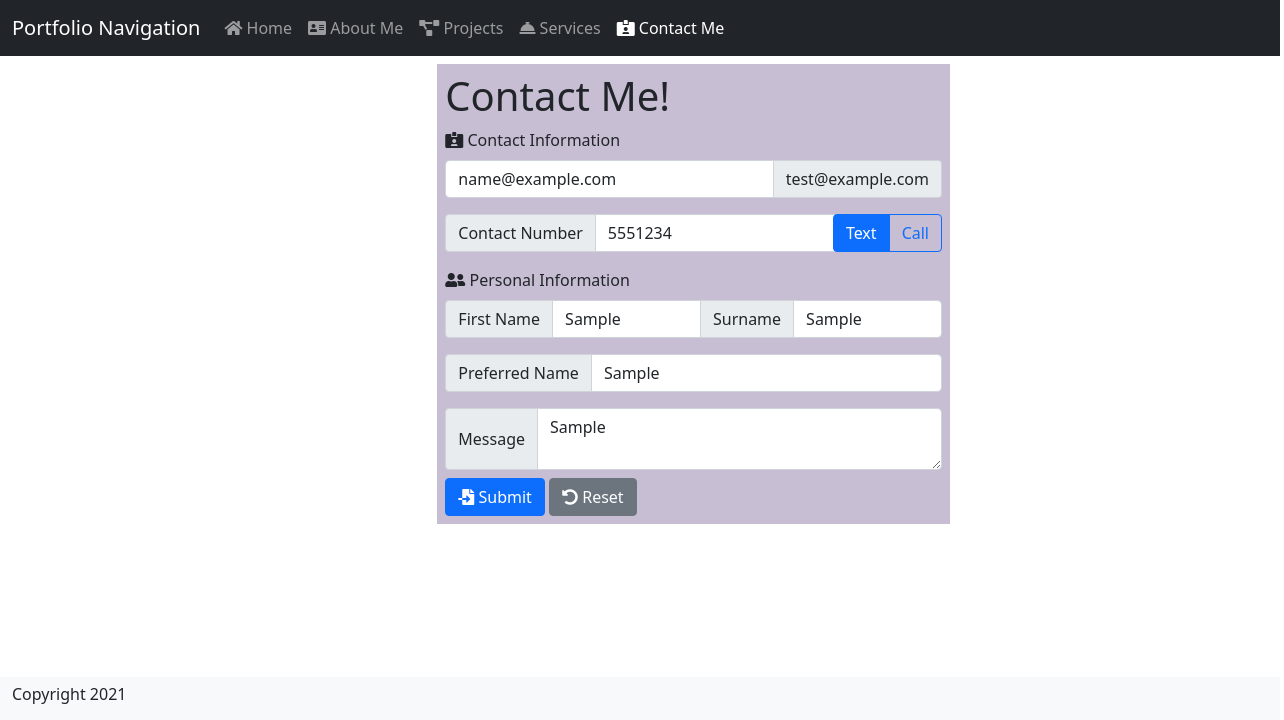
Repository: GarlicButterBoy/Portfolio
Page: contact.html
The author's editor kept a copy of each file at every save. The page is drawn from the files as they stood at one save, then again after a run of saves.
The browser window is 1280 px wide. The page is 1284 px wide, so the pictures cover 1284 px, including what lies to the right of the window. The pictures show the whole page.
Empty fields were first filled with sample values (such as "Sample", 5 or name@example.com).
After loading, the first visible `#emailAddress` was changed once.

Above is the page before, as saved 2021-06-14 11:55:53.

After the next 4 saves:
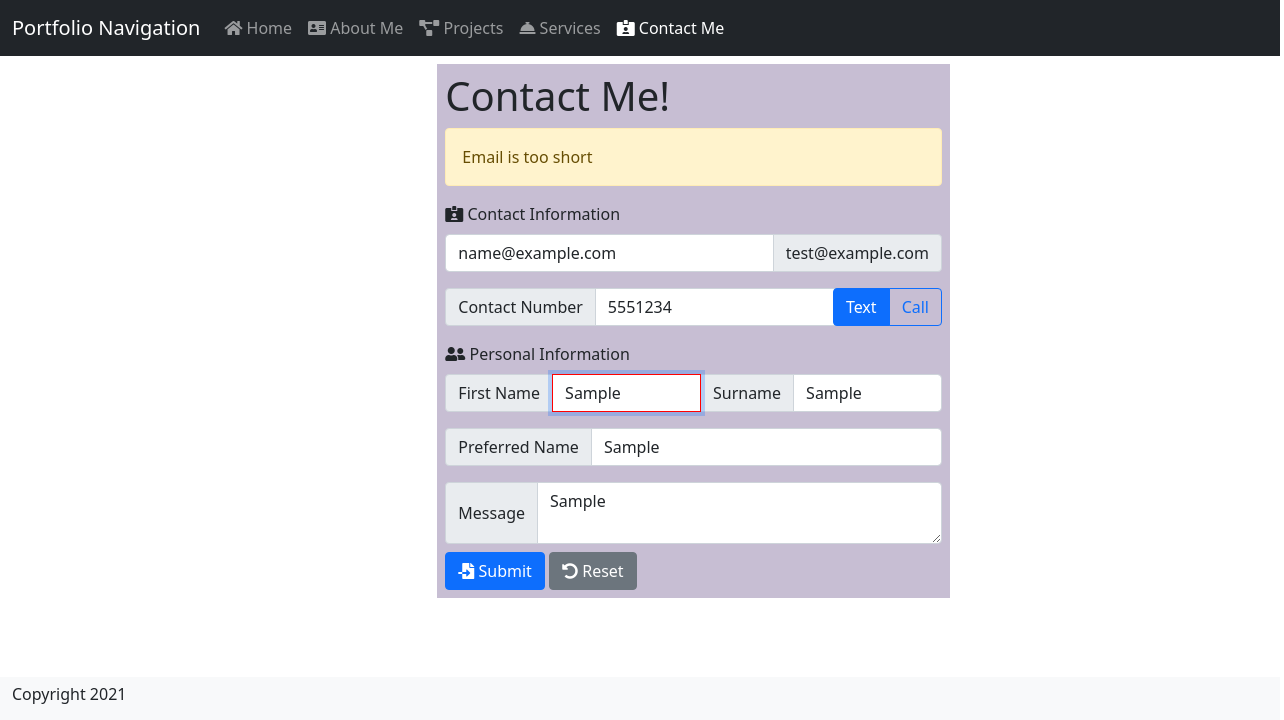
The 4 saves are shown as one change because they came seconds apart.
The last was saved 39 s later.
--- a/Scripts/app.js
+++ b/Scripts/app.js
@@ -103,7 +103,7 @@
         $("#errorMessage").hide();
 
         $("#emailAddress").on("change", (e) => {
-            if(($("#emailAddress").val().length < 8) || ($("#emailAddress").val() < 8))
+            if(($("#emailAddress").val().length < 8) || ($("#emailAddress").val().includes("@")))
             {
                 $("#errorMessage")[0].textContent = "Email is too short";
                 $("#errorMessage").show();

After the save that followed:
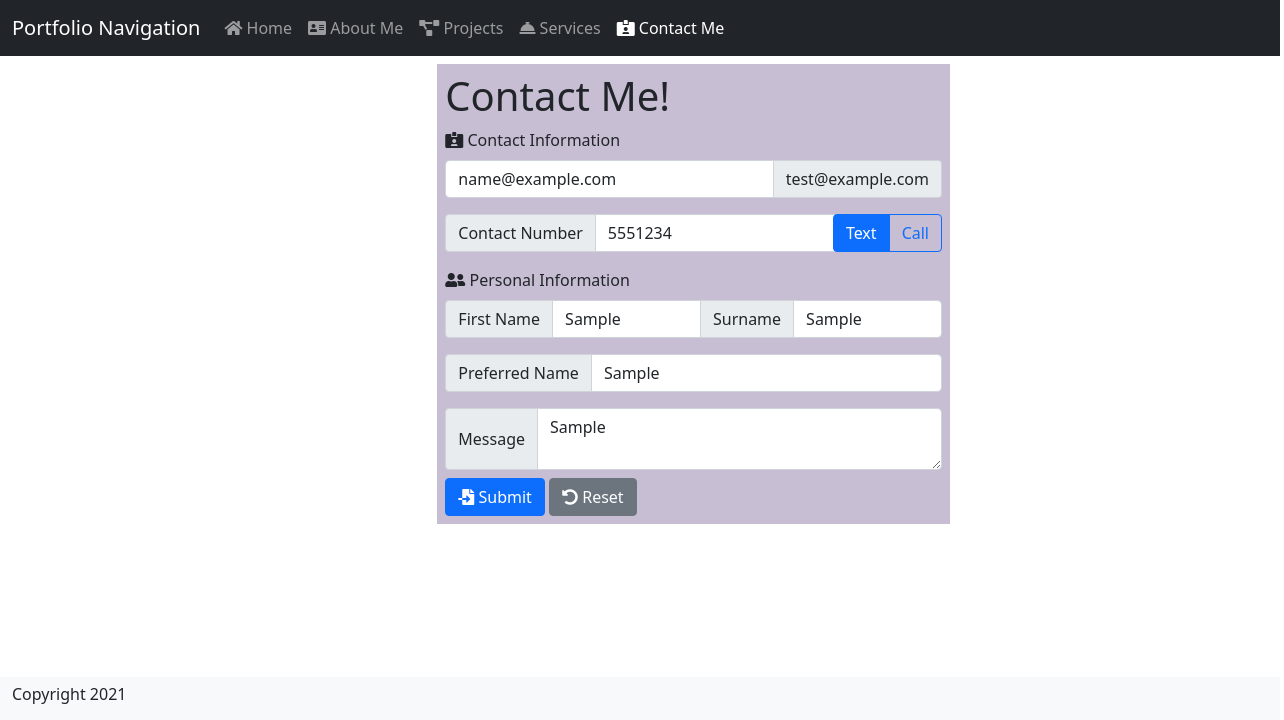
Saved 5 s later.
--- a/Scripts/app.js
+++ b/Scripts/app.js
@@ -103,7 +103,7 @@
         $("#errorMessage").hide();
 
         $("#emailAddress").on("change", (e) => {
-            if(($("#emailAddress").val().length < 8) || ($("#emailAddress").val().includes("@")))
+            if(($("#emailAddress").val().length < 8) || (!$("#emailAddress").val().includes("@")))
             {
                 $("#errorMessage")[0].textContent = "Email is too short";
                 $("#errorMessage").show();
